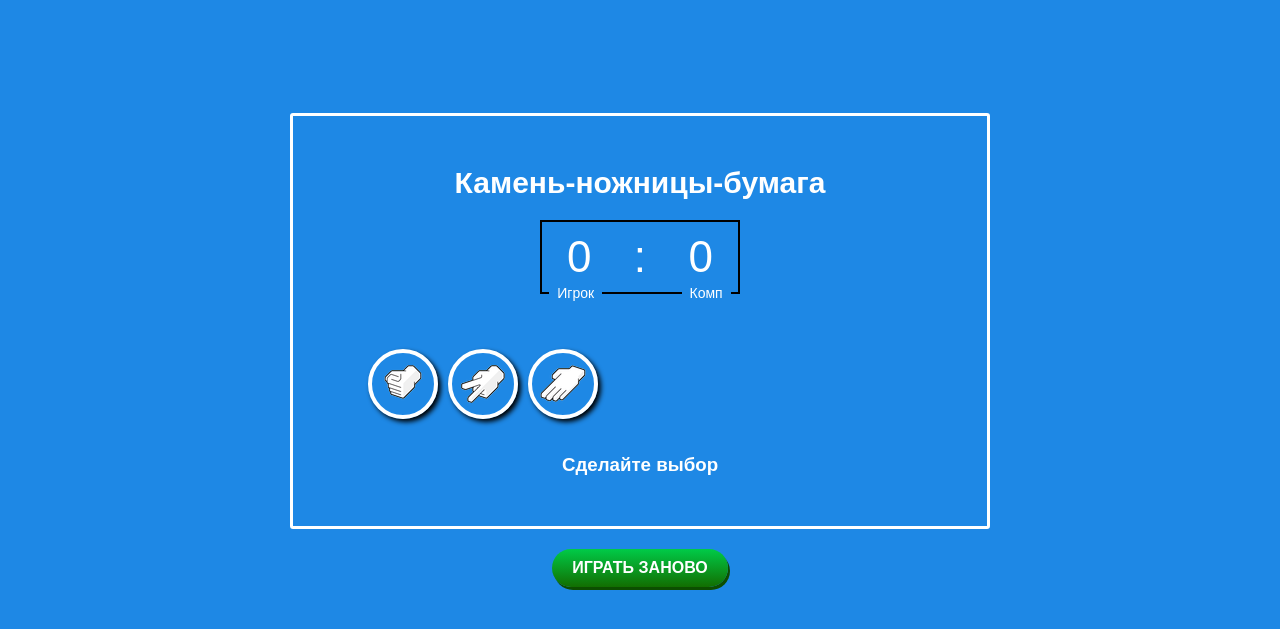
Repository: yevheniir/python_course_2020
Page: l5/Rock-Scissors-Paper(исходники)/index.html
The author's editor kept a copy of each file at every save. The page is drawn from the files as they stood at one save, then again after a run of saves.
The browser window is 1280 px wide. The pictures show the whole page.

Above is the page before, as saved 2020-07-05 16:11:37.

### l5/Rock-Scissors-Paper(исходники)/index.html
<!DOCTYPE html>
<html lang="ru">
<head>
	<meta charset="UTF-8">
	<meta name="viewport" content="width=device-width">
	<title>Камень-ножницы-бумага</title>
	<link rel="stylesheet" href="css/style.css">

	<link rel="apple-touch-icon" sizes="180x180" href="fav/apple-touch-icon.png">
	<link rel="icon" type="image/png" sizes="32x32" href="fav/favicon-32x32.png">
	<link rel="icon" type="image/png" sizes="16x16" href="fav/favicon-16x16.png">
	<link rel="manifest" href="fav/site.webmanifest">
	<link rel="mask-icon" href="fav/safari-pinned-tab.svg" color="#5bbad5">
	<meta name="msapplication-TileColor" content="#da532c">
	<meta name="theme-color" content="#ffffff">

</head>
<body>
	<div class="game">
		<h1>Камень-ножницы-бумага</h1>
		<div class="counter-block">
			<div class="count count-user">0</div>
			<span>:</span>
			<div class="count count-comp">0</div>
		</div>
		<div class="figure-container">
			<div class="user-field">
				<button class="field rock" data-field="r"></button>
				<button class="field scissors" data-field="s"></button>
				<button class="field paper" data-field="p"></button>
			</div>
		</div>
		<h3 class="result">Сделайте выбор</h3>
	</div>
	<div class="buttons">
		<button class="play">Играть заново</button>
	</div>

	<audio src="#" class="sound"></audio>
	<script src="js/app.js"></script>
</body>
</html>

### l5/Rock-Scissors-Paper(исходники)/css/style.css
*,
*::before,
*::after {
	box-sizing: border-box;
	margin: 0;
	padding: 0;
}
body {
	background: #1E88E5;
	display: flex;
	flex-direction: column;
	align-items: center;
	justify-content: center;
	height: 100vh;
	color:#fff;
	font-size: 16px;
	font-family: sans-serif;
}
.game {
	border:3px solid #fff;
	width: 100%;
	max-width: 700px;
	padding:50px;
	border-radius: 3px;
}
.game h1 {
	font-size: 30px;
	text-align: center;
}
.counter-block {
	width: 200px;
	border:2px solid #000;
	margin:20px auto;
	padding: 10px;
	display: flex;
	justify-content: space-around;
	font-size: 44px;
}
.counter-block span {
	margin:0 25px;
}
.count {
	position: relative;
	width: 50px;
	text-align: center;
}
.count::before {
	content:"";
	display: block;
	padding:3px 8px;
	background: #1E88E5;
	color: #fff;
	font-size: 14px;
	position: absolute;
	top:50px;
}
.count-user::before {
	content:"Игрок";
	left:-5px;
}
.count-comp::before {
	content:"Комп";
	right:-5px;
}
.figure-container {
	display: flex;
	justify-content: space-between;
	align-items: center;
	padding:30px 20px;
}
.user-field,
.comp-field {
	width: 50%;
	display: flex;
}
.field {
	width: 70px;
	height: 70px;
	border-radius: 50%;
	border:4px solid #fff;
	cursor: pointer;
	margin:5px;
	transition:.2s;
	overflow: hidden;
	box-shadow: 3px 3px 5px #000;
	outline: none;
}
.result {
	text-align: center;
}
.field.active {
	background-color: green;
}
.field.error {
	background-color: red;
}
.comp-field {
	justify-content: flex-end;
}
.rock {
	background: url(../img/rock.png) center no-repeat;
}
.scissors {
	background: url(../img/scissors.png) center no-repeat;
}
.paper {
	background: url(../img/paper.png) center no-repeat;
}
.comp-field.blink .rock {
	animation: blink 0.3s linear infinite;
}
.comp-field.blink .scissors {
	animation: blink 0.3s 0.1s linear infinite;
}
.comp-field.blink .paper {
	animation: blink 0.3s 0.2s linear infinite;
}
.comp-field.blink {
	animation-play-state: paused;
}
@keyframes blink {
	100% {background-color: green;}
}
.buttons {
	padding:20px 15px;
	text-align: center;
}
.buttons button {
	margin:0 8px;
	cursor:pointer;
	border:none;
	border-radius:30px;
	color:#fff;
	text-transform: uppercase;
	padding:10px 20px;
	font-weight: bold;
	font-size: 16px;
	box-shadow: 2px 3px 0 #0c4e00;
	transition:.2s;
	outline: none;
}
.buttons button:hover,
.buttons button:active {
	transform:translate(1px,1px);
	box-shadow: 1px 1px 0 #0c4e00;
}
.play {
	background: linear-gradient(180deg, #00cb48, #126e01);
}


@media(max-width:700px) {
	.game {
		padding: 10px;
	}
	.figure-container {
		flex-direction: column;
	}
	.user-field,
	.comp-field {
		width: 100%;
		flex-wrap: wrap;
		justify-content: center;
		align-items: center;
	}
	.user-field {
		margin-bottom: 20px;
	}
	.user-field::before {
		content:"Игрок:";
		display: block;
		width: 100%;
		font-size: 20px;
		text-align: center;
	}
	.comp-field::before {
		content:"Компьютер:";
		display: block;
		width: 100%;
		font-size: 20px;
		text-align: center;
	}
	.game h1 {
		font-size: 20px;
	}
}

Loaded but not shown: l5/Rock-Scissors-Paper(исходники)/js/app.js (no copy from this time; the picture is the same without it)

After the next 2 saves:
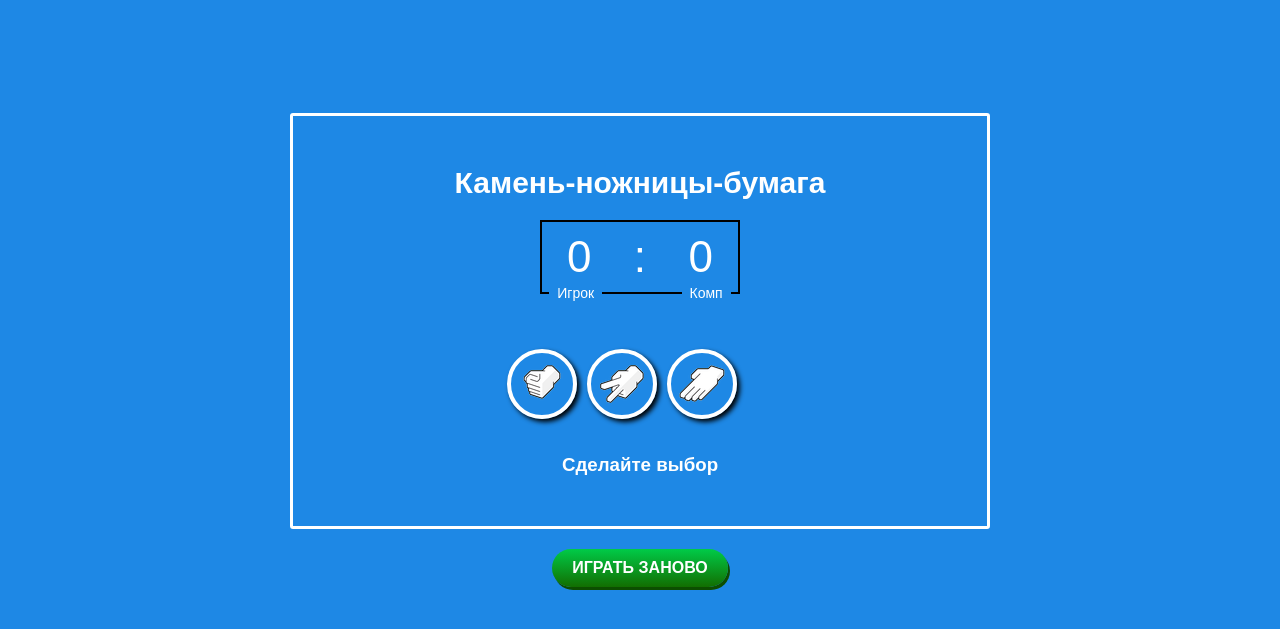
The 2 saves are shown as one change because they came seconds apart.
The last was saved 65 s later.
--- a/l5/Rock-Scissors-Paper(исходники)/css/style.css
+++ b/l5/Rock-Scissors-Paper(исходники)/css/style.css
@@ -67,6 +67,9 @@ body {
 	justify-content: space-between;
 	align-items: center;
 	padding:30px 20px;
+	flex-direction: row;     /* make main axis horizontal (default setting) */
+    justify-content: center; /* center items horizontally, in this case */
+    align-items: center;     /* center items vertically, in this case */
 }
 .user-field,
 .comp-field {
